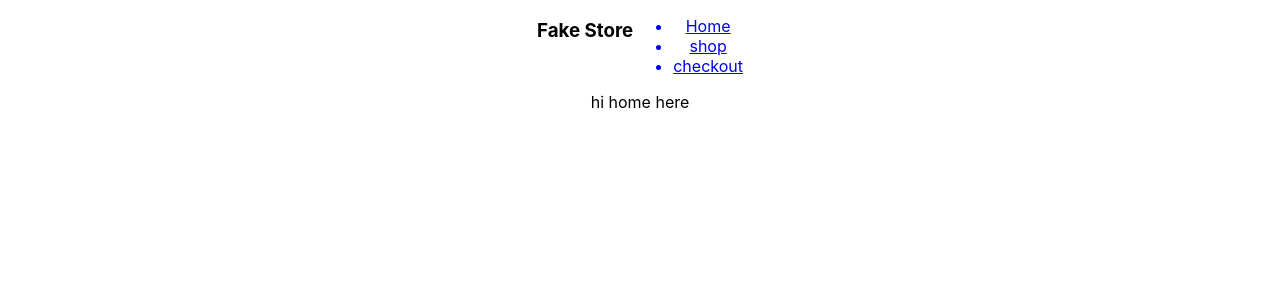
Repository: 0101chaitanya/shopping-cart
Page: /
The author's editor kept a copy of each file at every save. The page is drawn from the files as they stood at one save, then again after the next save.
The browser window is 1280 px wide. The pictures show the whole page.
Some web libraries are served in a nearby version. The project was rebuilt for these pictures with package versions that can differ from the ones it lists, and the page was loaded fresh each time. Also part of the build but not shown: src/components/Book.js, src/components/Shop.js, src/components/Checkout.js.

Above is the page before, as saved 2021-08-03 17:39:31.

After the next save:
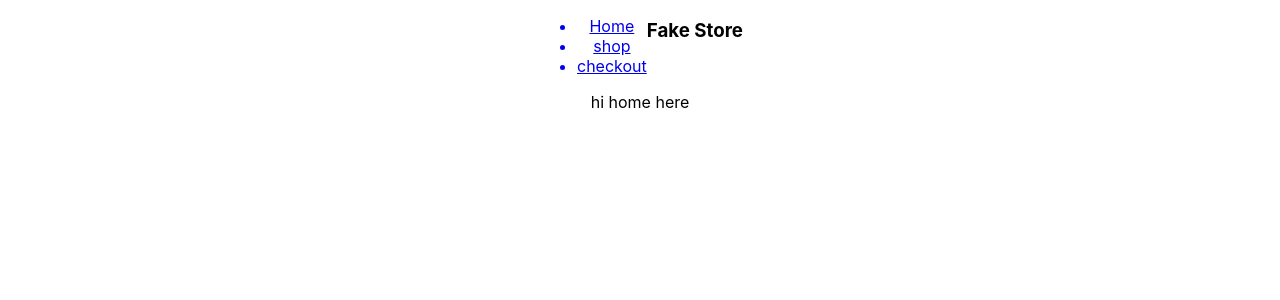
Saved 10 s later.
--- a/src/App.css
+++ b/src/App.css
@@ -16,6 +16,6 @@ nav {
     "ul . .";
 }
 nav > h3 {
-  grid-area: "h3";
+  grid-area: h3;
   position: relative;
 }
